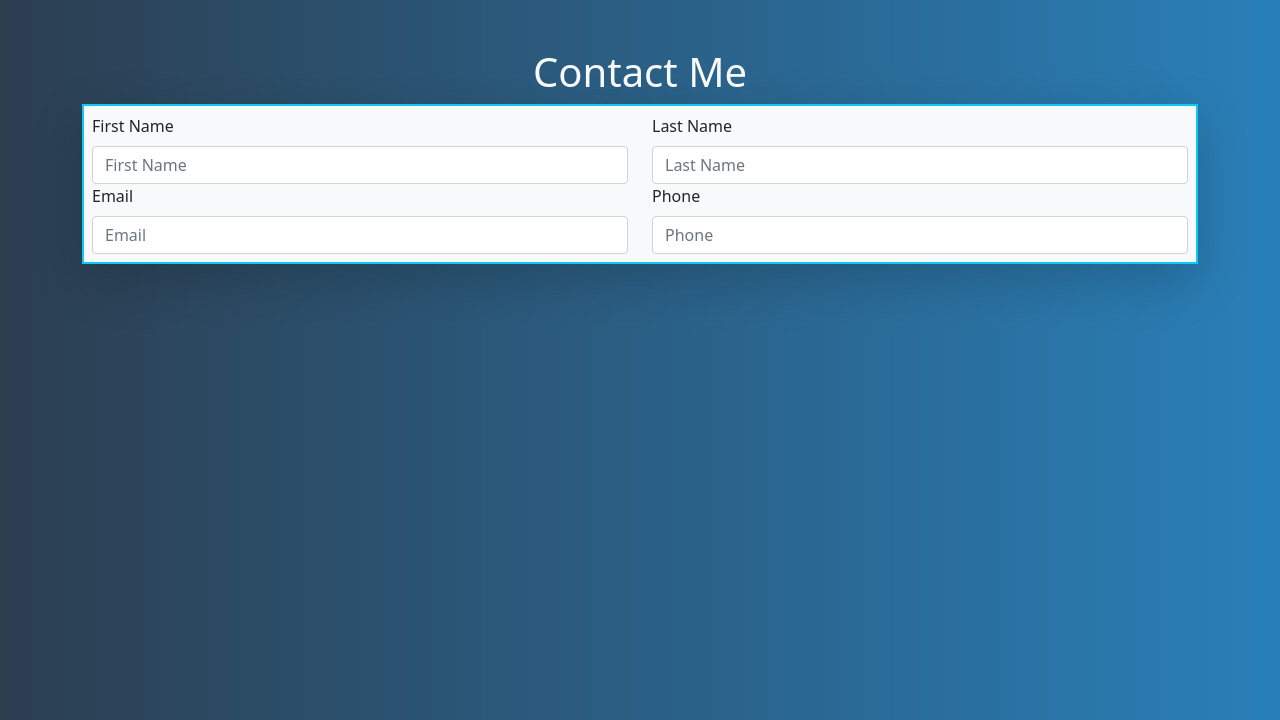
Repository: norman0286/formContactMe
Page: contactForm.html
An editor plug-in stored every save of this project. The page is shown before and after the next save, followed by the edit.
The browser window is 1280 px wide. The pictures show the whole page.

Above is the page before, as saved 2023-04-20 09:01:57.

### contactForm.html
<!DOCTYPE html>
<html lang="en">
  <head>
    <title>Contact Form</title>
    <!-- Required meta tags -->
    <meta charset="utf-8" />
    <meta
      name="viewport"
      content="width=device-width, initial-scale=1, shrink-to-fit=no"
    />

    <!-- Bootstrap CSS -->
    <link
      href="https://cdn.jsdelivr.net/npm/bootstrap@5.1.1/dist/css/bootstrap.min.css"
      rel="stylesheet"
      integrity="sha384-F3w7mX95PdgyTmZZMECAngseQB83DfGTowi0iMjiWaeVhAn4FJkqJByhZMI3AhiU"
      crossorigin="anonymous"
    />
    <link rel="stylesheet" href="/css/site.css" />
  </head>

  <body>
    <div class="container mt-5">
      <h1 class="text-light text-center">Contact Me</h1>
      <div class="border border-2 border-info shadow-lg p-2 bg-light">
        <form action="#">
          <div class="row">
            <div class="col">
              <label class="form-label">First Name</label>
              <input
                type="text"
                name="firstName"
                class="form-control"
                placeholder="First Name"
                aria-label="First Name"
                require
              />
            </div>
            <div class="col">
              <label class="form-label">Last Name</label>
              <input
                type="text"
                name="lastName"
                class="form-control"
                placeholder="Last Name"
                aria-label="Last Name"
                require
              />
            </div>
          </div>
          <div class="row">
            <div class="col">
              <label class="form-label">Email</label>
              <input
                type="email"
                name="email"
                class="form-control"
                placeholder="Email"
                aria-label="Email"
                required
              />
            </div>
            <div class="col">
              <label class="form-label">Phone</label>
              <input
                type="tel"
                name="Phone"
                class="form-control"
                placeholder="Phone"
                aria-label="Phone"
              />
            </div>
          </div>
        </form>
      </div>
    </div>

    <!-- Bootstrap JS -->
    <script
      src="https://cdn.jsdelivr.net/npm/bootstrap@5.1.1/dist/js/bootstrap.bundle.min.js"
      integrity="sha384-/bQdsTh/da6pkI1MST/rWKFNjaCP5gBSY4sEBT38Q/9RBh9AH40zEOg7Hlq2THRZ"
      crossorigin="anonymous"
    ></script>
  </body>
</html>

### css/site.css
body{
    background: #2980b9;  /* fallback for old browsers */
background: -webkit-linear-gradient(to right, #2c3e50, #2980b9);  /* Chrome 10-25, Safari 5.1-6 */
background: linear-gradient(to right, #2c3e50, #2980b9); /* W3C, IE 10+/ Edge, Firefox 16+, Chrome 26+, Opera 12+, Safari 7+ */

}

After the next save:
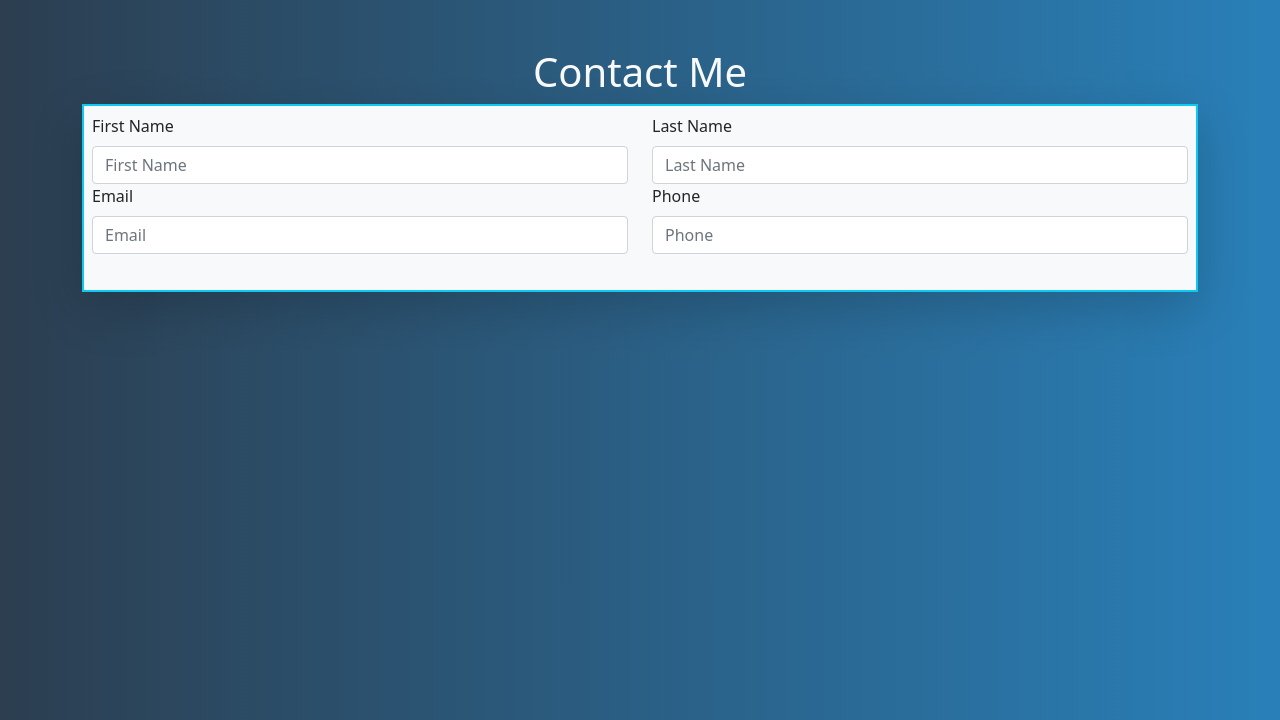
Saved 2 min 33 s later.
--- a/contactForm.html
+++ b/contactForm.html
@@ -71,6 +71,11 @@
               />
             </div>
           </div>
+          <div class="row mb-1">
+            <div class="col">
+              <label class=""></label>
+            </div>
+          </div>
         </form>
       </div>
     </div>
